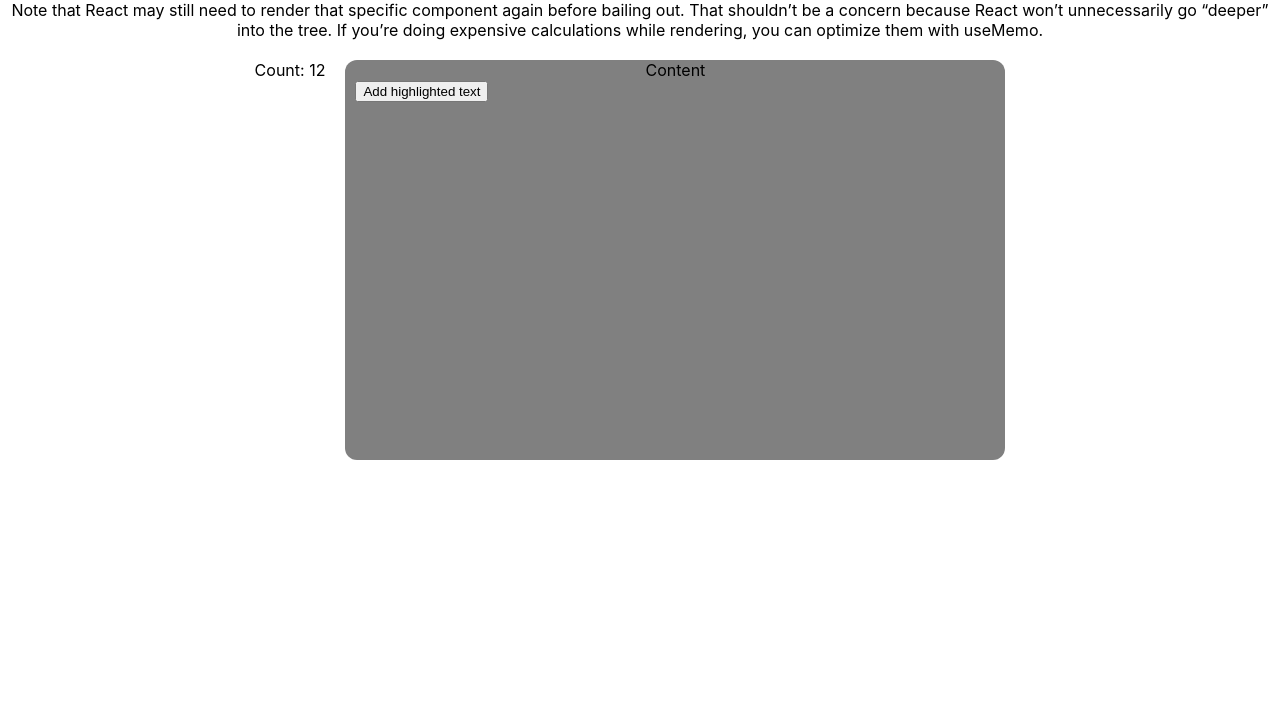
Repository: Farbod29/React-text-highlighter-with-hook-
Page: /
An editor plug-in stored every save of this project. The page is shown before and after the next save, followed by the edit.
The browser window is 1280 px wide. The pictures show the whole page.
The project was rebuilt for these pictures with package versions that can differ from the ones it lists, and the page was loaded fresh each time.

Above is the page before, as saved 2022-02-18 21:28:10.

After the next save:
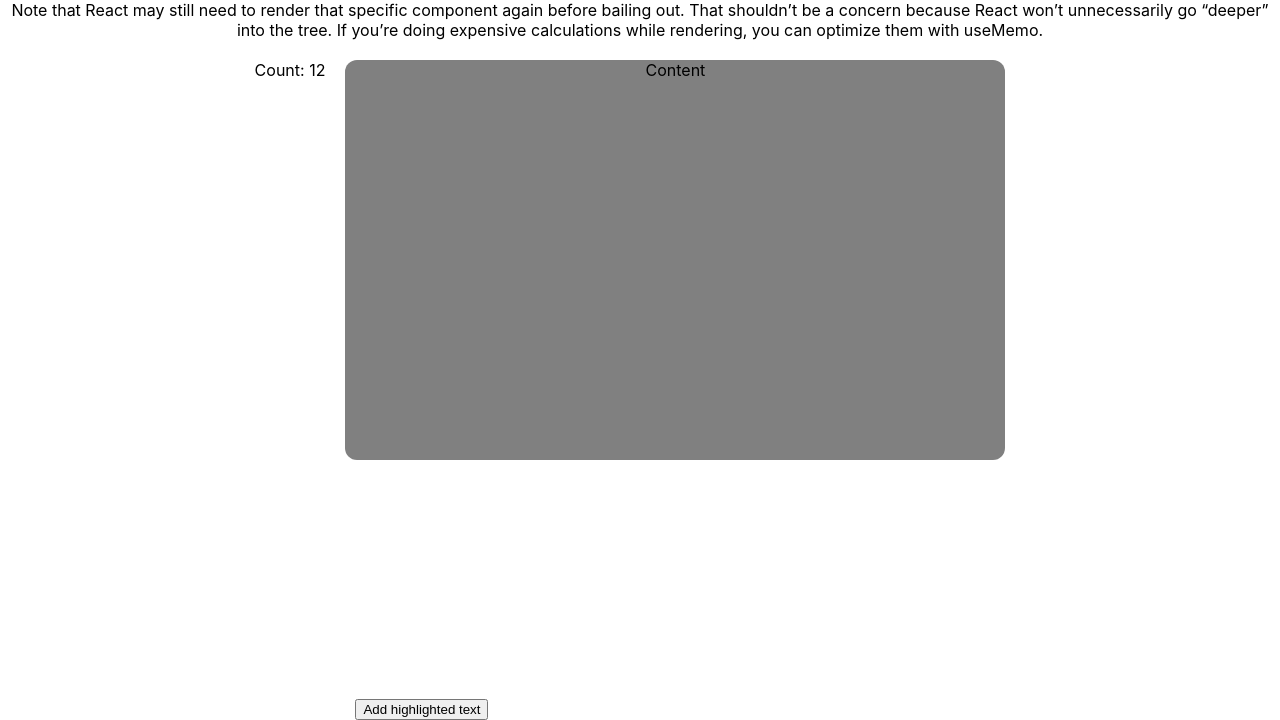
Saved 13 s later.
--- a/src/highlighter.js
+++ b/src/highlighter.js
@@ -33,7 +33,7 @@ export default function Highlighter() {
         }}
       >
         Content
-        <div style={{ position: 'absolute' }}>
+        <div style={{ position: 'absolute', bottom: '0' }}>
           <button onClick={() => setCount(12)}> Add highlighted text </button>
         </div>
       </div>
